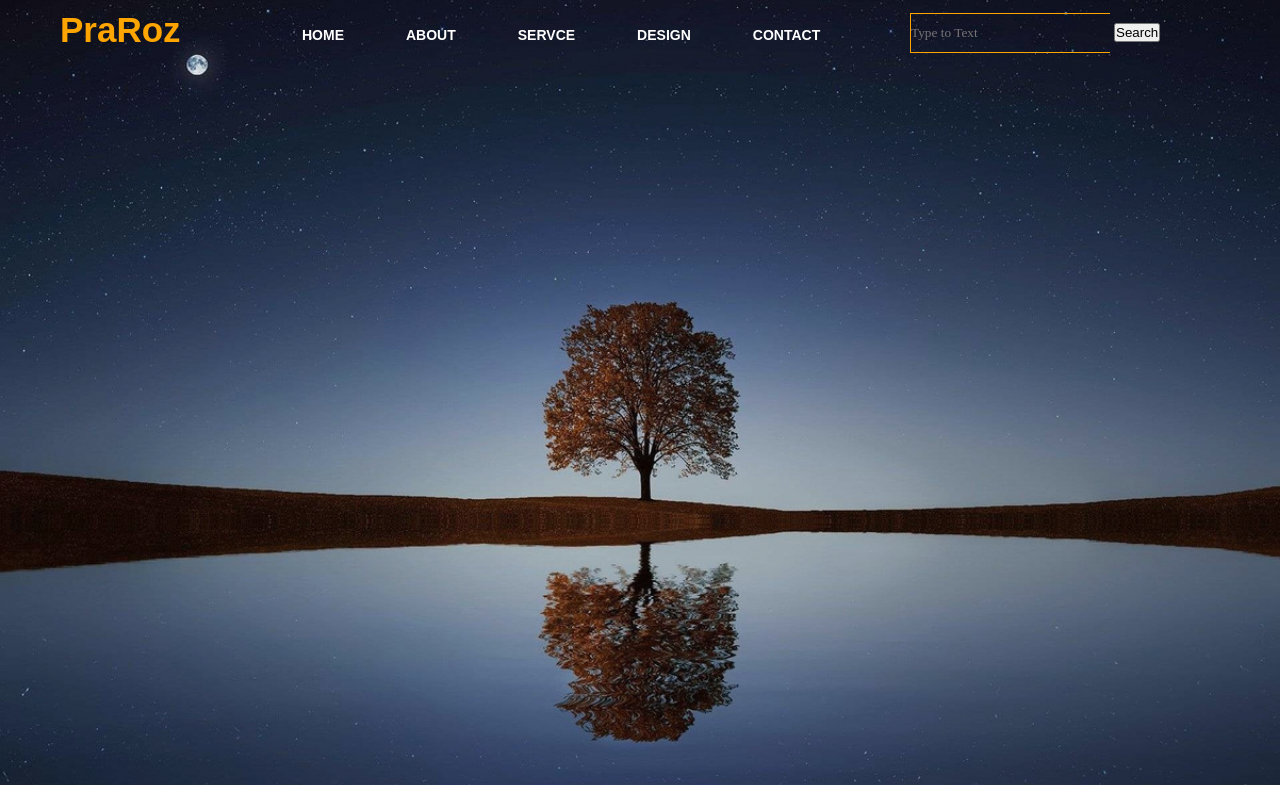
Repository: HuynhDuc23/project3
Page: index.html
An editor plug-in stored every save of this project. The page is shown before and after the next save, followed by the edit.
The browser window is 1280 px wide. The pictures show the whole page.

Above is the page before, as saved 2023-05-04 14:50:32.

After the next save:
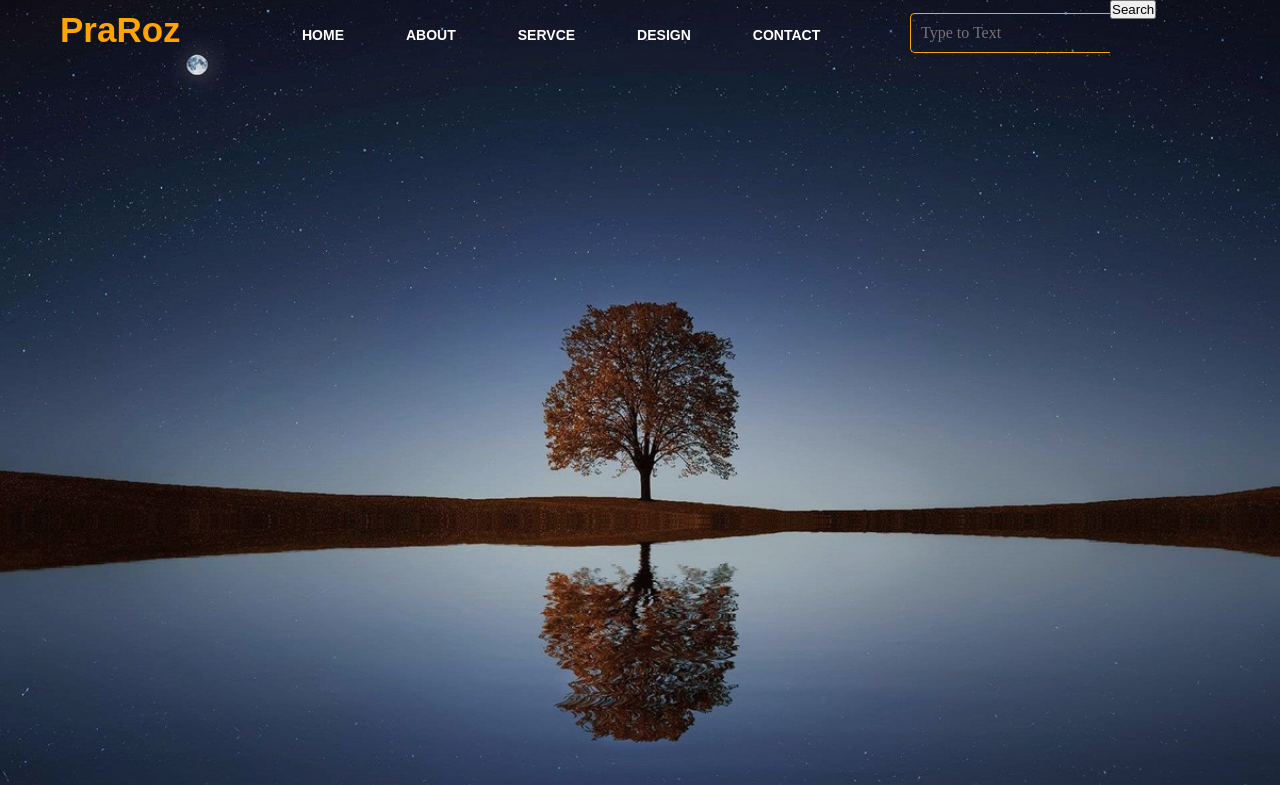
Saved 97 s later.
--- a/style.css
+++ b/style.css
@@ -74,4 +74,9 @@ ul li a:hover {
     margin-top: 13px;
     color: white;
     border-right: none;
+    font-size: 16px;
+    padding: 10px;
+    float: left;
+    border-bottom-left-radius: 5px;
+    border-top-left-radius: 5px;
 }
